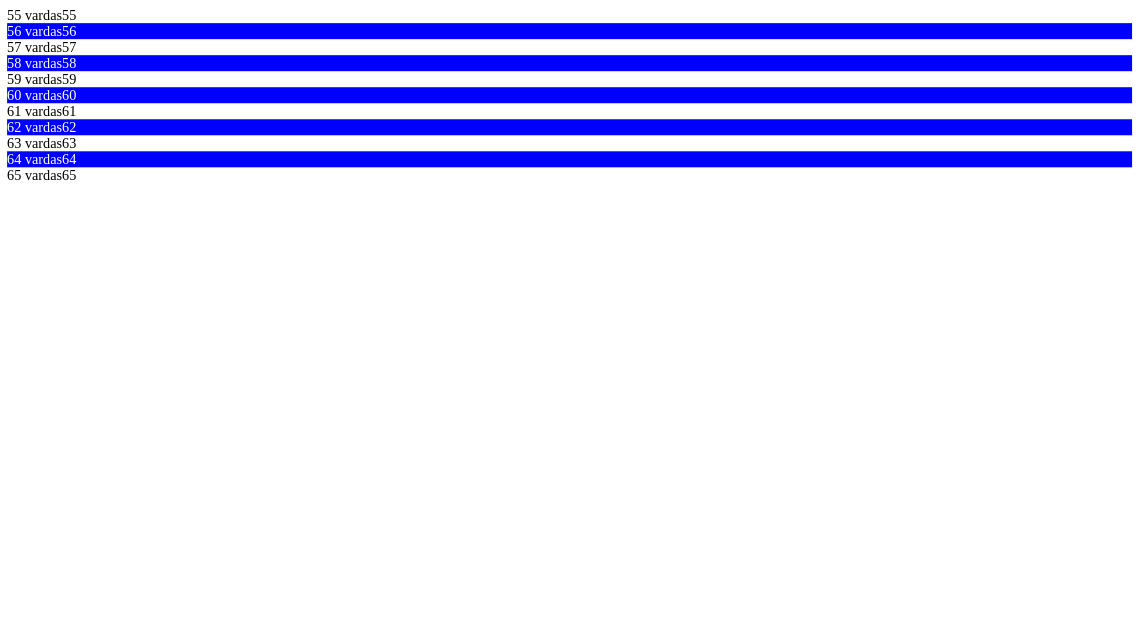
Repository: motiejus1/27-paskaita-05.31
Page: index.html
These files come from the project's save history. The page is drawn as it stood at one moment and after the next save; the edit follows.
The browser window is 1280 px wide. The pictures show the whole page, at 89% of full size.

Above is the page before, as saved 2021-07-15 19:44:57.

### index.html
<!DOCTYPE html>
<html lang="en">
<head>
    <meta charset="UTF-8">
    <meta http-equiv="X-UA-Compatible" content="IE=edge">
    <meta name="viewport" content="width=device-width, initial-scale=1.0">
    <title>27 paskaita</title>
    <style>
        .melynas {
            background-color: blue;
            color:white;
        }
    </style>
</head>
<body>
    <div class="container">
    </div>
    <script>
        "use strict";
        // Susikurti objektų masyvą:
        // * Masyve 100 objekto elementų.
        // * Objekto vidiniai kintamieji: id, vardas.
        // * Vardas reikšmė = vardas1,vardas2 ir t.t.
        // * Id reikšmė = 1, 2 ir t.t.

        //Pagal sukurtą objektų masyvą, sukurti tiek pat div elementų,
        // kuriuose išvedamas id ir vardas.
        //Kas antras div - mėlynas.



        //kaip tiek objektu sukurti? +
        //kaip juos patalpinti i masyva?


        //Ciklas
        // javascript for loop


        var testObjektas = {
            id: 58,
            vardas: "vardas58"
        }

        // testObjektas.id;
        // testObjektas.vardas;

        var container = document.querySelector(".container");
        var masyvas = []; //sukuriamas tuscias masyvas viena karta


        //Objektu masyvo kurimas
        for (var i=0; i < 100; i++) {
            // Vardas reikšmė = vardas1,vardas2 ir t.t.
            // var masyvas = [];
            var masyvoObjektas = {
                id: i+1,
                vardas: "vardas" + (i+1)
            }; //Sukuria objekta
            masyvas.push(masyvoObjektas); // patalpina objekta i masyva
            // console.log(masyvoObjektas);
        }

        //Elementu isvedimui/atvaizdavimui
        // 55 iki 65 elementu
        // Atvaizduos tik lyginius elementus pagal id reiksme
        for(var i=54; i<65; i++) {
            // masyvas[i] - vienas objektas
            //masyvoObjektas.id
            var div = document.createElement("div"); // void
            //div kintamajame butu id ir vardas
            //kas antras elementas butu melynas

            // var isvedimoElementas = document.querySelector(".kazkas");
            // kintamasis = "<p>Tekstas</p>"
            //isvedimoElementas.innerHTML = kintamasis; - isvedamas rezultatas interpretuojamas kaip HTML.
            // Tekstas
            //isvedimoElementas.innerText = kintamasis;- isvedamas rezultatas interpretuojamas kaip tekstas
            //<p>Tekstas</p>

            div.innerHTML = masyvas[i].id + " " + masyvas[i].vardas;

            if(masyvas[i].id % 2 == 0) {
                console.log(masyvas[i]);
                div.classList.add("melynas");
            }

            container.append(div);
        }


        // console.log(masyvas);

        // console.log(masyvas[54]);
        // console.log(masyvas[0]);
        // console.log(masyvas[99]);

    </script>
</body>
</html>

After the next save:
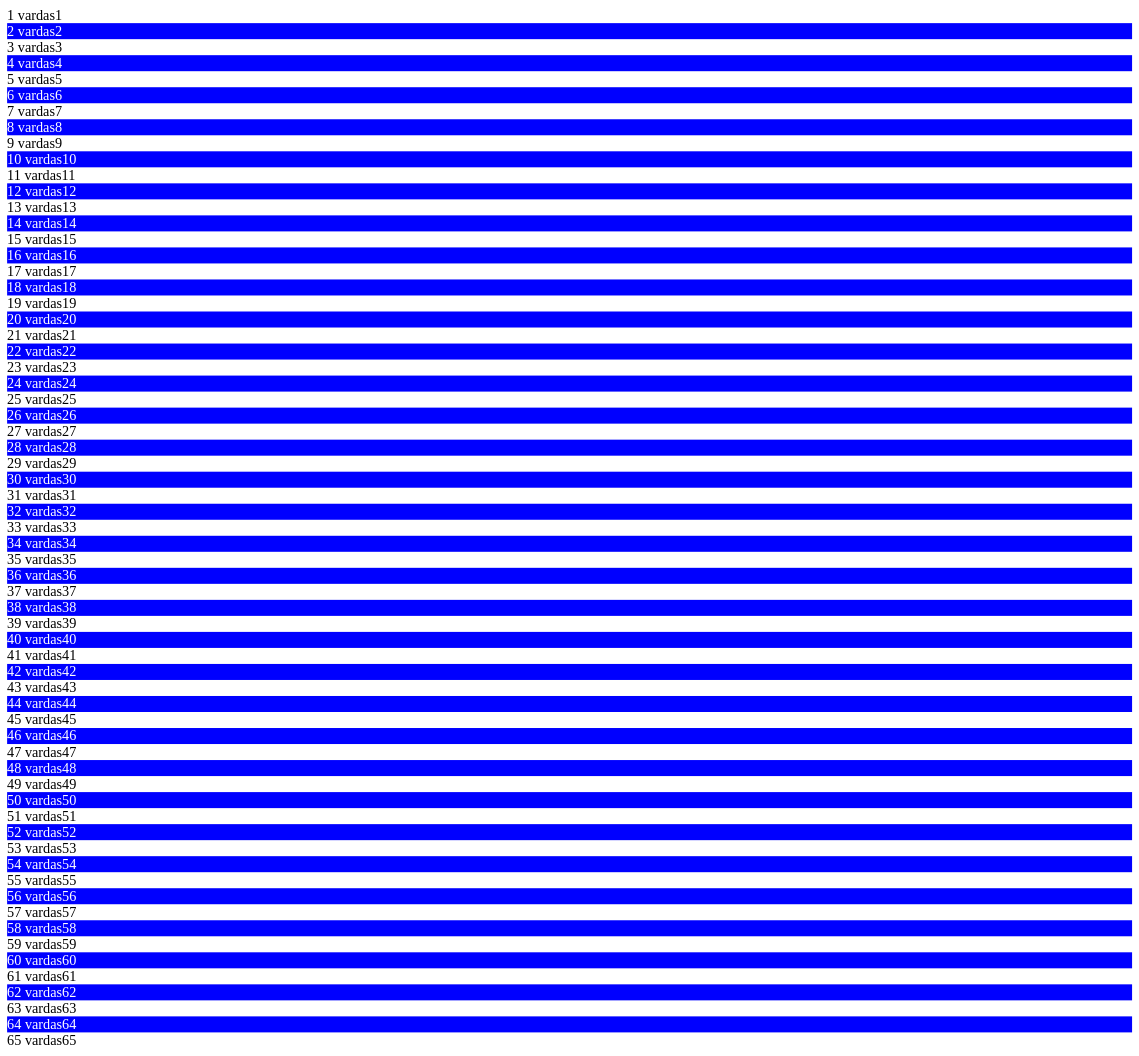
Saved 62 s later.
--- a/index.html
+++ b/index.html
@@ -64,7 +64,7 @@
         //Elementu isvedimui/atvaizdavimui
         // 55 iki 65 elementu
         // Atvaizduos tik lyginius elementus pagal id reiksme
-        for(var i=54; i<65; i++) {
+        for(var i=0; i<65; i++) {
             // masyvas[i] - vienas objektas
             //masyvoObjektas.id
             var div = document.createElement("div"); // void
